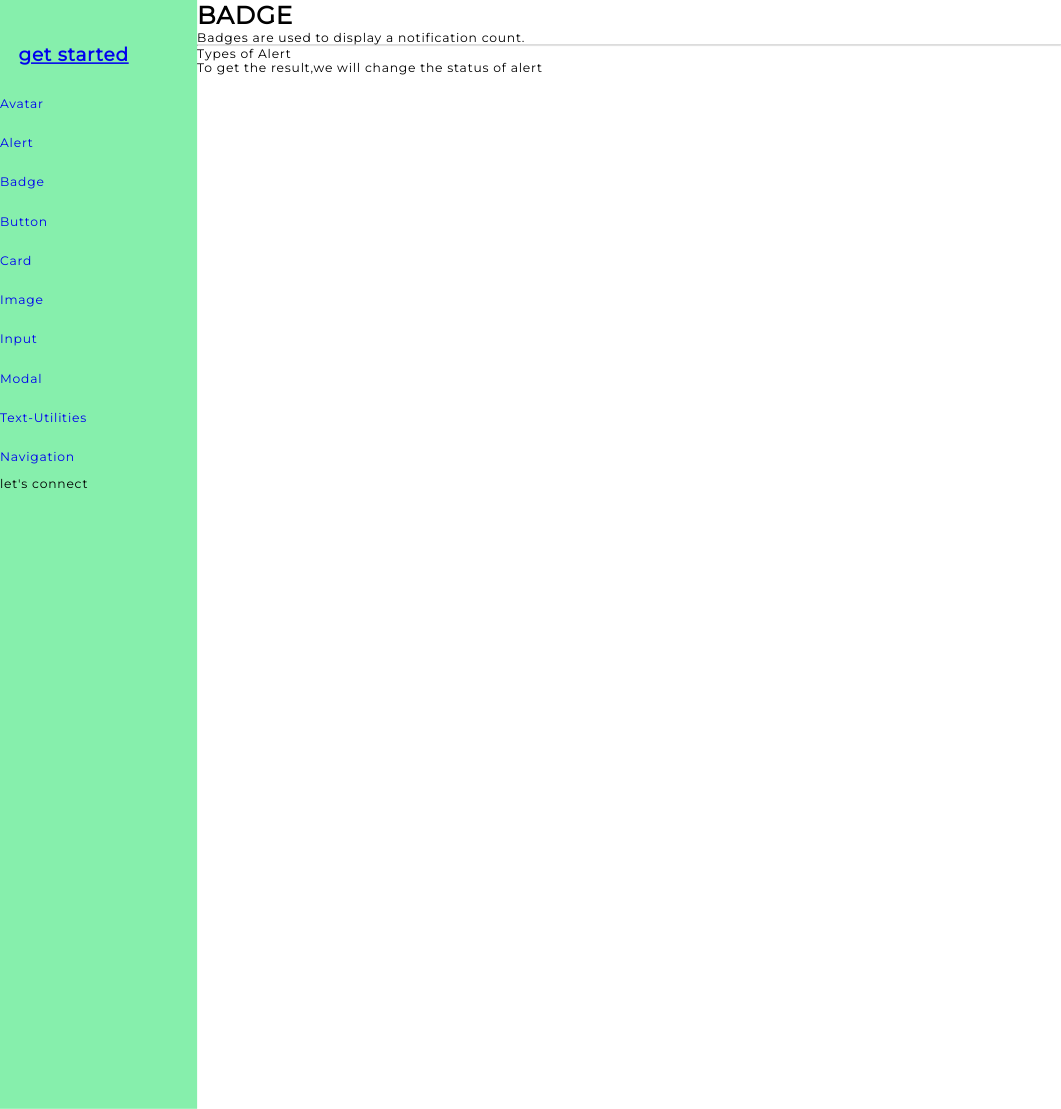
Repository: Anasooya2601/Components_UI
Page: components/Badge/Badge.html
The author's editor kept a copy of each file at every save. The page is drawn from the files as they stood at one save, then again after the next save.
The browser window is 1280 px wide. The page is 1378 px wide, then 1321 px, so the pictures cover 1378 px, including what lies to the right of the window. The pictures show the whole page, at 77% of full size.
Some web libraries are served in a nearby version.

Above is the page before, as saved 2022-02-12 12:33:56.
Not found: components/
Not found: components/Avatar/index.css

### components/Badge/Badge.html
<!DOCTYPE html>
<html lang="en">
<head>
    <meta charset="UTF-8">
    <meta http-equiv="X-UA-Compatible" content="IE=edge">
    <meta name="viewport" content="width=device-width, initial-scale=1.0">
    <title>Alert</title>
    <link rel="stylesheet" href="/main/main.css">
    <link rel="stylesheet" href="../comp.css">
    <link rel="stylesheet" href="https://cdnjs.cloudflare.com/ajax/libs/font-awesome/4.7.0/css/font-awesome.min.css">
    <script src="https://kit.fontawesome.com/e70e2d0aa4.js" crossorigin="anonymous"></script>
</head>
<body><!-- main -->
    <div class="main-container">
        <div class="navbar-wrapper">

            <div class="nav">
                <div class="navbar-header">
                <div class="logo">
                    <a href="/index.html"></a>
                 </div>
                </div>
            </div>

        <!-- topics -->
        <a href="/main/main.html" class="text">get started</a>
        <div class="navbar-main">
            <a href="/components/Avatar/index.html">Avatar</a>
            <a href="/components/Alert/alert.html">Alert</a>
            <a href="/components/Badge/badge.html">Badge</a>
            <a href="/components/Button/button.html">Button</a>
             <a href="/components/Card/card.html">Card</a>
             <a href="/components/Image/image.html">Image</a>
             <a href="/components/Input/input.html">Input</a>
            <a href="/components/Modal/modal">Modal</a>
            <a href="/components//TextUtilities/textutilities">Text-Utilities</a>
            <a href="/components/Navigation/navigation">Navigation</a>
        </div>
        <!-- footer -->
        <div class="footer">
            <div class="footer-text">
                <p>let's connect</p>
            </div>
        </div>
        </div>

  <!-- Badge component -->
    <div class="header">
        <div class="section-header">
            <div>
                <h1 class="text-header">BADGE</h1>
                    <p class="para">
                     Badges are used to display a notification count.
                    </p>
              <hr>

            </div>
        </div>
        <div class="section-main">

<div class="alert-info">Types of Alert
<p>To get the result,we will change the status of alert</p>
<div class="alert-main">






            </div>
        </div>
    </div>
    <div class="code">


    </div>
</div>
</body>
</html>

### main/main.css
@import url('https://fonts.googleapis.com/css2?family=Montserrat&display=swap');
*{
    margin: 0;
    padding: 0;
    box-sizing: border-box;
}

body{
    letter-spacing: 1px;
}

/* color variable */
:root{
    font-family: 'Montserrat', sans-serif;
    font-weight: 400;
    --main:#fca5a5;
    --green:#86efac;
    --red:#f87171;
    --blue:
}

/* logo */
.logo{
    display: flex;
    justify-content: center;
}

.logo a{
    color: var(--main-color);
    font-size: 2.5rem;
    display: flex;
    align-items: flex-end;
}




.main-container{
    display: flex;
}

.text{
    font-size: 1.5rem;
    margin: 1.5rem;
    font-weight: bold;
}
/* navbar */
.navbar-wrapper{
    width: 20%;
    height: 200vh;
    font-size: 1rem;
    flex-direction: column;
    overflow-y: scroll;
display: flex;
flex-shrink: 0;
background-color: var(--green);
transition: 0.3s all ease-in;
}
.nav{
    display: flex;
    flex-direction: column;
}
.navbar-main{
    display: flex;
    flex-direction: column;
}
.navbar-main a{
  border-radius: 40px;
  padding: 1rem 0rem 1rem 0rem;
  letter-spacing: 1px;
  transition: 0.3s all ease-in-out;
  text-decoration: none;
}
.navbar-header{
    border-bottom: var(--main-color);
    padding: 1rem;
}
hr{
    width:250%;
    text-align:left;
    margin-left:0;
    }
    .code{
        display: flex;
        margin-top: 2rem;
        margin-bottom: 4rem;
        justify-content: center;
        width: 100%;
        height: auto;
    }

### components/comp.css
@import "./Alert/alert.css";
@import "./Avatar/index.css";
@import "./Button/button.css";
@import "../main/main.css";
@import"./Badge/Badge.css";
@import"./";
@import"./";
@import"";
@import"";

### components/Alert/Alert.css
.alert-main{
    display: flex;
    flex-wrap: wrap;
    justify-content: space-around;
    gap: 1.5rem;
    margin-top: 1rem;
    border-radius: 0.6rem;
    padding: 1rem;

}
.alert{
    display: flex;
    flex-wrap: wrap;
    justify-content: space-between;
    width: 26rem;
    align-items: center;
    border-radius: 0.2rem;
    padding: 0.5rem 1rem;
}
.alert-msg{
    display: flex;
    align-items: center;
    gap: 0.5rem;

}
.alert-danger{
    background-color: var(--main);
    color: var(--red);

}
.alert-warning{
    background-color: var(--main);

}
.alert-success{
    background-color: var(--main);

}
.alert-primary{
    background-color: var(--main);

}
.alert-close-btn{
    font-size: 1.5rem;
}

### components/Button/button.css
@import url('https://fonts.googleapis.com/css2?family=Montserrat:ital@1&family=Roboto:ital,wght@0,400;1,300&family=Space+Grotesk:wght@700&display=swap');
.main-text{
    margin: 2rem 0;
}

.btn-container{
display: flex;
flex-wrap: wrap;
margin-top: 1.5rem;
gap: 1rem;
align-items: center;


}

.btn {
border:none;
background-color: none;
outline: none;
padding: 0.5rem 1rem;
border: 5px;
border-radius: 5px;
font-size: 1.1rem;
cursor: pointer;
color: #0e9aeb;
font-family: 'Gill Sans', 'Gill Sans MT', Calibri, 'Trebuchet MS', sans-serif;
}

.primary{
    background-color:#fbbf24 ;

}
.secondary{
    background-color: #fca5a5;
}
.danger{
    background-color: #bef264;
}
.success{
    background-color: #0369a1;
}
.warning{
    background-color: #ded48f;
}

/* outlined-button */
.outlined-sub{
    margin-top: 1.5rem;
}
.outlined-btn{
border-radius: 8px;
font-size: 1.1rem;
letter-spacing: 1px;
color:#0369a1;
background-color: white;
cursor: pointer;
padding: 0.5rem;
gap: 1rem;
}
.outlined-primary{
    border: 0.5px solid #0369a1;
}
.outlined-secondary{
    border: 0.5px solid #0369a1;
}
.outlined-warning{
    border: 0.5px solid #0369a1;
}
.outlined-attention{
    border: 0.5px solid #0369a1;
}
.btn-icon{
background-color: white;
cursor: pointer;
}
/* icon-btn */


/* floating-btn */
.btn-float{
    color: white;
    background-color: #0e9aeb;
    padding: 0.6rem 1rem;
    box-shadow: #ded48f 0px 8px 16px;
}

Loaded but not shown: components/Badge/Badge.css (no stored copy; drawn as an empty file)

After the next save:
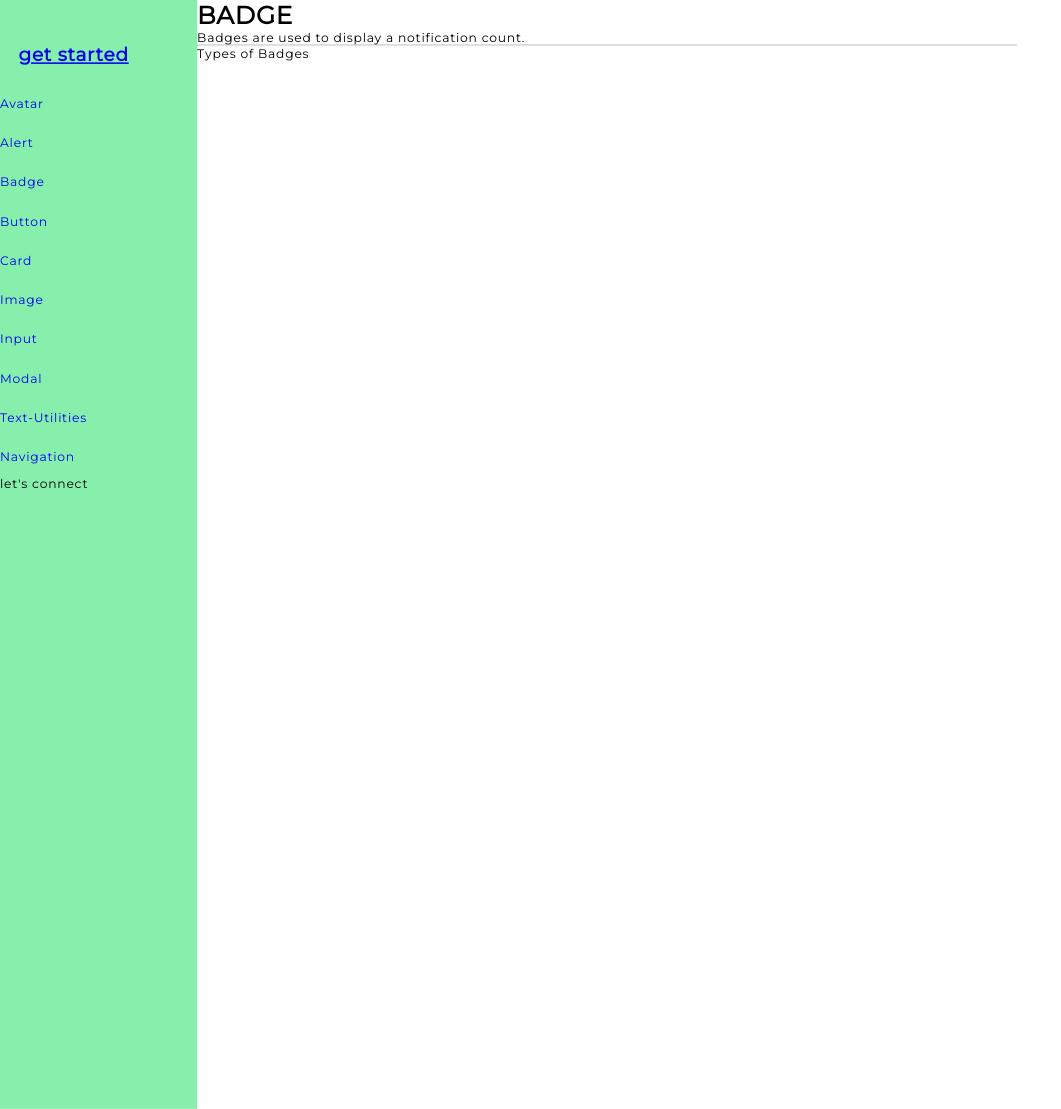
Saved 23 s later.
--- a/components/Badge/Badge.html
+++ b/components/Badge/Badge.html
@@ -58,9 +58,9 @@
         </div>
         <div class="section-main">
 
-<div class="alert-info">Types of Alert
-<p>To get the result,we will change the status of alert</p>
-<div class="alert-main">
+<div class="badge-info">Types of Badges
+<p></p>
+<div class="badge-main">
 
 
 
